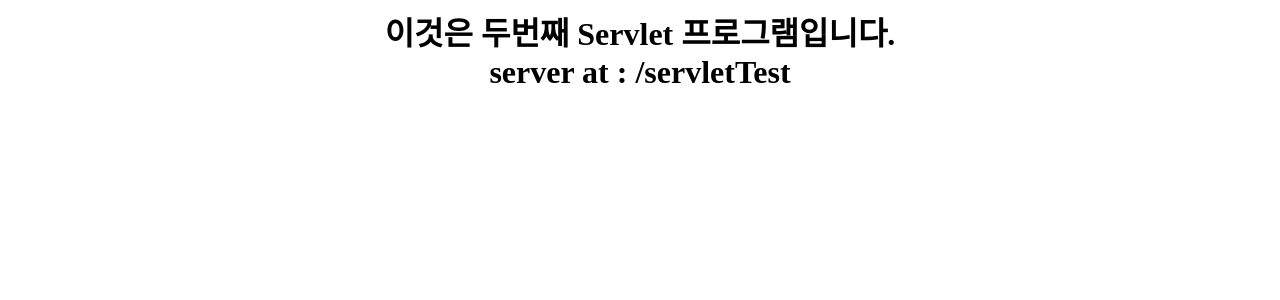
Repository: larlarru/HighJava_study2
Page: http://localhost/servletTest/servletTest02.do
These files come from the project's save history. The page is drawn as it stood at one moment and after the next save; the edit follows.
The browser window is 1280 px wide. The pictures show the whole page.
The page is served by Tomcat 9. Other server files are loaded and not shown.

Above is the page before, as saved 2020-11-25 06:57:40.

### servletTest/src/kr/or/ddit/basic/ServletTest02.java
package kr.or.ddit.basic;

import java.io.IOException;
import java.io.PrintWriter;

import javax.servlet.ServletException;
import javax.servlet.annotation.WebServlet;
import javax.servlet.http.HttpServlet;
import javax.servlet.http.HttpServletRequest;
import javax.servlet.http.HttpServletResponse;

// 자동으로 등록시켜주는거다.

// 이 예제는 애노테이션(@WebServlet)을 이용해서  Servlet을 설정하여 처리하는 예제
// 애노테이션(@WebServlet)은 Servlet버전 3.0 이상에서 사용할 수 있다.

/*
 * @WebServlet애너테이션의 속성들
 * 	1. name : 서블릿의 이름을 설정한다.	(기본값 : 빈문자열(""))
 * 	2. urlPatterns : 서블릿의 URL패턴의 목록을 설정한다.( 기본값 : 빈배열( {} ))
 * 		예) urlPatterns="/url1" 또는 urlPatterns={"/url1"} ==> 패턴이 1개일 경우
 * 		예) urlPatterns={"/url1", "/url2"} ==> 패턴이 2개 이상일 경우
 * 	3. value : urlPatterns와 동일한 기능을 한다.
 * 	4. description : 주석(설명글)을 설정한다.
 *
 */

@WebServlet(description="애노테이션을 이용한 서블릿",
			urlPatterns= {"/servletTest02.do"})
public class ServletTest02 extends HttpServlet{

	private static final long serialVersionUID = 1L;

	@Override
	protected void doGet(HttpServletRequest req, HttpServletResponse resp) throws ServletException, IOException {

		resp.setCharacterEncoding("utf-8");	// 응답 문서의 인코딩 방식 지정
		resp.setContentType("text/html charset=utf-8");	// 응답 문서의 ContentType 지정

		// 처리한 내용을 응답으로 보내기 위해 PrintWriter객체 생성
		PrintWriter out = resp.getWriter();

		// 처리한 내용을 출력한다. ==> 방법2) println()메서드 이용하기
		out.println("<html>");
		out.println("<head>");
		out.println("<meta charset='utf-8'>");
		out.println("<title>두번째 Servlet 연습</title>");
		out.println("</head>");

		out.println("<body>");
		out.println("<h1 style='text-align:center;'>");
		out.println("이것은 두번째 Servlet 프로그램입니다.<br>");
		out.println("server at : " + req.getContextPath() + "<br>");
		out.println("");
		out.println("");
		out.println("");
		out.println("");
		out.println("");

	}

	@Override
	protected void doPost(HttpServletRequest req, HttpServletResponse resp) throws ServletException, IOException {
		// TODO Auto-generated method stub
		super.doPost(req, resp);
	}



}

After the next save:
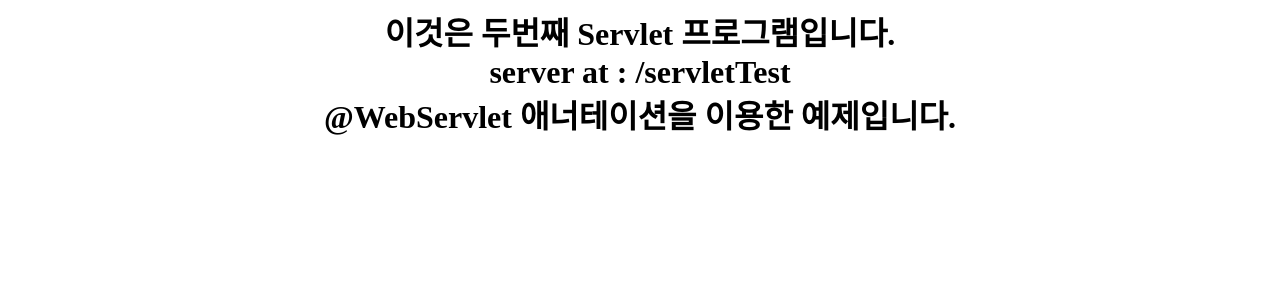
Saved 32 s later.
--- a/servletTest/src/kr/or/ddit/basic/ServletTest02.java
+++ b/servletTest/src/kr/or/ddit/basic/ServletTest02.java
@@ -51,7 +51,7 @@ public class ServletTest02 extends HttpServlet{
 		out.println("<h1 style='text-align:center;'>");
 		out.println("이것은 두번째 Servlet 프로그램입니다.<br>");
 		out.println("server at : " + req.getContextPath() + "<br>");
-		out.println("");
+		out.println("@WebServlet 애너테이션을 이용한 예제입니다.");
 		out.println("");
 		out.println("");
 		out.println("");
